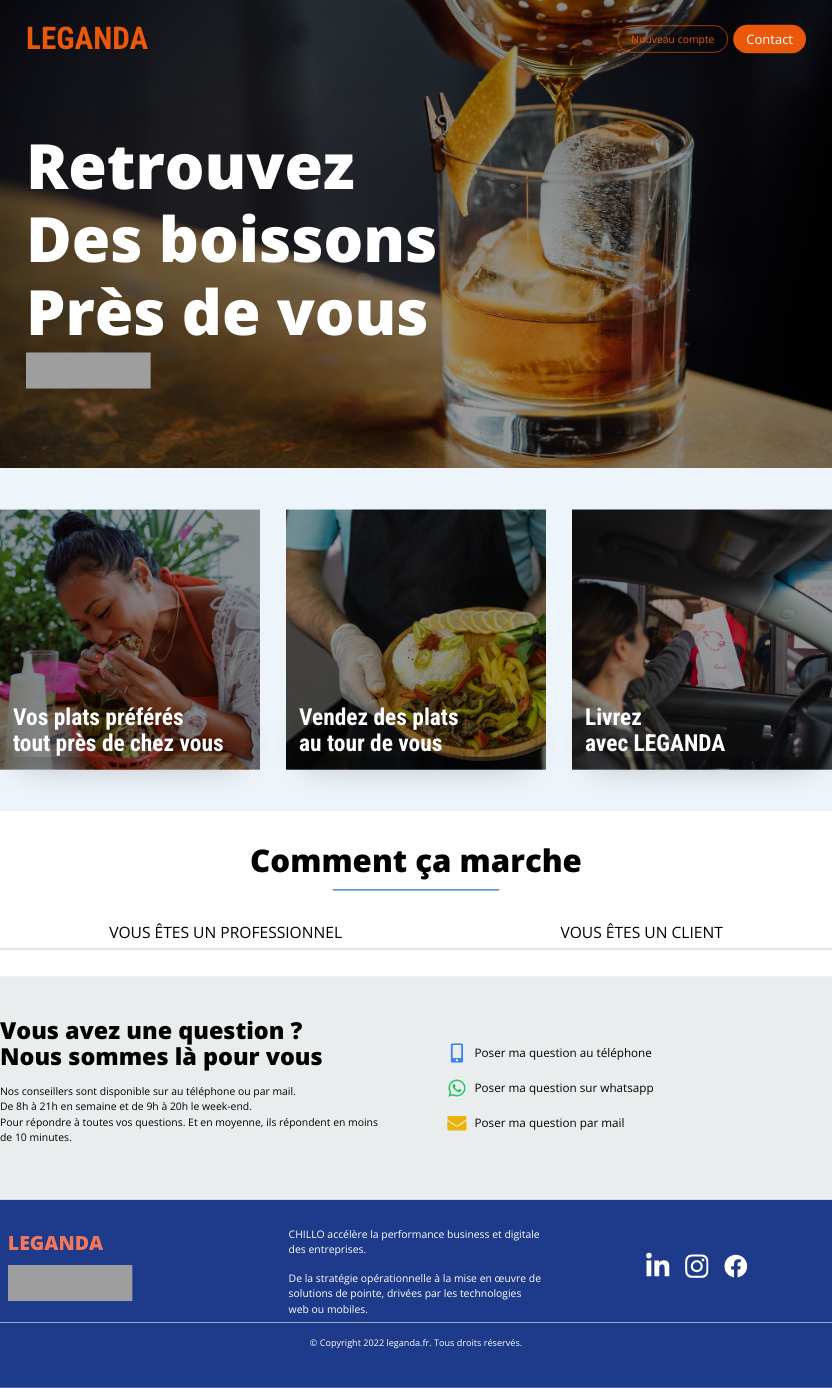
Repository: chillo-tech/website-leganda
Page: /
These files come from the project's save history. The page is drawn as it stood at one moment and after the next save; the edit follows.
The browser window is 1280 px wide. The pictures show the whole page, at 65% of full size.
Pictures or frames that could not be fetched are drawn as grey boxes. The project was rebuilt for these pictures with package versions that can differ from the ones it lists, and the page was loaded fresh each time. Some packages were replaced by stand-ins written for this rebuild. The framework's server and built-in components were replaced by stand-ins that run in the browser. Also part of the build but not shown: next.config.js, components/header/items/SearchBar.tsx.

Above is the page before, as saved 2023-02-09 14:09:00.

### pages/_document.tsx
import { Html, Head, Main, NextScript } from 'next/document'
import Footer from '../components/footer/Footer';

export default function Document() {
	return (
		<Html className="scroll-smooth">
			<Head>
        <link rel="preconnect" href="https://fonts.googleapis.com"/>
        <link rel="preconnect" href="https://fonts.gstatic.com"/>
        <link href="https://fonts.googleapis.com/css2?family=Open+Sans:ital,wght@0,300;0,800;1,800&family=Roboto&family=Roboto+Condensed:wght@700&display=swap" rel="stylesheet"/>
        <link rel="icon" href="/favicon.ico" />
			</Head>
			<body className='flex flex-col h-screen justify-between'>
				<Main />
				<NextScript />
				<Footer />
        <script defer type="text/javascript" src="https://maps.googleapis.com/maps/api/js?key=AIzaSyBoBBvzxlRlkbfYzZcHp8ALOwBk3YjfB-I&libraries=places" />
			</body>
		</Html>
	)
}

### styles/globals.css
@tailwind base;
@tailwind components;
@tailwind utilities;
body {
  font-family: 'Open Sans', 'Roboto', sans-serif;
}
.title {
  font-family: 'Roboto Condensed', sans-serif;
}
@layer base {
  [type="text"],
  [type="email"],
  [type="url"],
  [type="password"],
  [type="number"],
  [type="date"],
  [type="datetime-local"],
  [type="month"],
  [type="search"],
  [type="tel"],
  [type="time"],
  [type="week"],
  [multiple],
  textarea,
  select {
    @apply w-full border-gray-300 rounded-lg shadow-sm focus:border-blue-500 focus:ring-blue-500;
  }
  [type="checkbox"],
  [type="radio"] {
    @apply border-gray-300 rounded text-blue-600 focus:ring-blue-500;
  }
}

.bg-site-blue {
    background-color: #86aec0;
    color: #000000;
}

.bg-site-orange {
    background-color: #f6ac9f;
}

.color-site-blue {
   color: #86aec0;
}

.color-site-orange {
    color: #f2785c;
}

.home-page-article {
  min-height: 400px;
}

### context/search-context-provider.tsx
import { SearchParams } from '../types';
import { Context,createContext, useMemo, useReducer, useCallback } from 'react'
import SearchReducer from './SearchReducer';
import { Param } from '../types/Param';
import { INITIAL_STATE, UPDATE_SEARCH_CRITERIA } from '../utils';
import { SearchContextData } from '../types/SerchContextData';
type Props = {
  children: JSX.Element,
};
export const SearchContext = createContext<SearchContextData>({state: INITIAL_STATE});
function SearchContextProvider({children}: Props) {
  const [state, dispatch] = useReducer(SearchReducer, INITIAL_STATE);

  const update = useCallback(
    (data: Param) =>
      dispatch({
        type: UPDATE_SEARCH_CRITERIA,
        data
      }),
    [],
  );
  const value = useMemo(
    () => ({state, update }),
    [state,update],
  );
  return (
    <SearchContext.Provider value={value}>
      {children}
    </SearchContext.Provider>
  )
}

export default SearchContextProvider;

### components/footer/Footer.tsx

import React from 'react';
import { FaFacebook, FaInstagram, FaLinkedinIn } from 'react-icons/fa';
import Link from 'next/link'
import { cn, STORES } from '../../utils';
import Image from 'next/image';
function Footer() {
	return (
			<footer className="bg bg-blue-900 text-white pb-10 pt-10 font-extralight flex flex-col" id="a-propos-de-nous">
				<div className="container mx-auto px-3">
					<div className="grid grid-cols-1 gap-10 md:grid-cols-3 md:p-0 items-center">
						<div className="presentation">
              <Link href='/' className='mb-5 color-site-orange uppercase font-extrabold text-3xl'>LEGANDA
              </Link>
              <p className="flex py-4 items-center justify-center md:justify-start">
                {STORES.filter((item: any) => item.active).map((item: any, index: number) => (
                    <Link
                        href="#"
                        target="_blank"
                        key={`liens-${index}`}
                        className="block items-center py-2 w-48 h-14 relative">
                      <Image
                          fill={true}
                          src={`/images/${item.image}`}
                          alt={item?.label}
                      />
                    </Link>
                ))}
              </p>
						</div>
						<div className="presentation">
							<p className='mb-5'>CHILLO accélère la performance business et digitale des entreprises. </p>
							<p>De la stratégie opérationnelle
								à la mise en œuvre de solutions de pointe, drivées par les technologies web ou mobiles.</p>
						</div>
						<div className="presentation flex flex-col items-center justify-center">
							<div className='px-10 flex items-center justify-between text-center'>
								<FaLinkedinIn color='text-slate-300' className='px-3 text-6xl'/>
								<FaInstagram className='px-3 text-6xl'/>
								<FaFacebook className='px-3 text-6xl'/>
							</div>
							<div className='py-2'>

							</div>
						</div>
					</div>
				</div>
				<div className="copyright border-top-1 mt-2 font-light">
					<div className="container py-5 text-sm mx-auto text-center border-solid border-t border-slate-200">
						&copy; Copyright {(new Date()).getFullYear()} leganda.fr. Tous droits réservés.
					</div>
				</div>
			</footer>

	);
}

export default Footer;

### components/questions/Questions.tsx
import Link from 'next/link'
import React from 'react'
import { FaEnvelope, FaMobileAlt, FaWhatsapp } from 'react-icons/fa'

function Questions() {
  return (
    <section className='py-16 bg-app-light-green'>
        <div className="container grid md:grid-cols-2 md:gap-24 items-center px-3 md:px-0">
          <article>
            <h2 className='md:text-4xl text-3xl font-semibold text-black'>
              <p className='p-0 m-0'>Vous avez une question ?</p>
              <p className='p-0 m-0'>Nous sommes là pour vous</p>
            </h2>
            <div className='py-5'>
              <p className='p-0 m-0'>Nos conseillers sont disponible sur au téléphone ou par mail.</p>
              <p className='p-0 m-0'>De 8h à 21h en semaine et de 9h à 20h le week-end.</p>
              <p className='p-0 m-0'>Pour répondre à toutes vos questions. Et en moyenne, ils répondent en moins de 10 minutes.</p>
            </div>
          </article>
          <article>
              <Link href="tel:0033761705745" className='py-3 text-lg flex'>
                  <FaMobileAlt className='text-3xl text-blue-500 mr-3' /> Poser ma question au téléphone
              </Link>
              <Link href="whatsapp:0033761705745" className='py-3 text-lg flex'>
                  <FaWhatsapp className='text-3xl text-green-500 mr-3' /> Poser ma question sur whatsapp
              </Link>
              <Link href="mailto:armelle.leganda@gmail.com" className='py-3 text-lg flex'>
                  <FaEnvelope className='text-3xl text-yellow-500 mr-3' /> Poser ma question par mail
              </Link>
          </article>
        </div>
    </section>
  )
}

export default Questions

### components/header/Header.tsx
import { faPhone, faUser } from '@fortawesome/free-solid-svg-icons'
import { FontAwesomeIcon } from '@fortawesome/react-fontawesome'
import Link from 'next/link'
import React from 'react'
import SearchBar from './items/SearchBar'

function Header({withSearchBar = true}: {withSearchBar?: boolean}) {
  return (
    <header className="container py-4">
       <nav className='flex justify-between items-center'>
        <Link href="/" className='text-orange-600 uppercase title text-5xl'>LEGANDA
        </Link>
        {withSearchBar ? <SearchBar /> : null }
        <ul className='md:flex justify-between items-center hidden'>
          <li>
            <Link href="/" className='border border-orange-600 rounded-3xl px-5 py-2 text-orange-600 flex justify-between items-center'>
                <FontAwesomeIcon icon={faUser} className="hidden border-none text-xs mr-2" size='xs' />
                Nouveau compte
            </Link>
          </li>
          <li  className='ml-2'>
          <Link href="/" className='bg-orange-600 rounded-3xl text-xl px-5 font-medium py-2 flex text-white'>
              <FontAwesomeIcon icon={faPhone} className="hidden border-none mr-2"/>
              Contact
          </Link>
          </li>
        </ul>
      </nav>
    </header>
  )
}

export default Header

### utils/index.ts
export * from './clear-string';
export * from './DateFormat';
export * from './isValidPhoneNumber';
export * from './isValidEmail';
export * from './Endpoints';
export * from './Data';
export * from './request-options';

### components/tabs/index.tsx
import classNames from 'classnames';
import React, { useState } from 'react'
import SectionTitle from '../shared/SectionTitle';

function Tabs({items}: any) {
  const [activeTab, setActiveTab] = useState("tab-0");
  const handleClick = () => {

  }
  return (
    <section className='container px-3 md:px-0 py-10'>
      <SectionTitle text='Comment ça marche' />
      <ul className='flex justtify-center items-center'>
        {items.map((item: any, index: number) => (
          <li key={`tab-${index}`} className={classNames('grow border-b-4',{ 'bg-white border-app-white': activeTab === `tab-${index}` })}>
            <button id={`tab-${index}`} type='button' className='uppercase w-full py-2 text-2xl' onClick={handleClick}>{item.label}</button>
          </li>
        ))}
      </ul>
    </section>
  )
}

export default Tabs

### utils/how-it-works.ts
const HOW_IT_WORKS: any = [
  {
    "label": "Vous êtes un professionnel"
  },
  {
    "label": "Vous êtes un client"
  }
]

export {HOW_IT_WORKS}

### context/SearchReducer.ts
import { UPDATE_SEARCH_CRITERIA } from './../utils/Data';
import { Action } from './../types/Action';
import { SearchParams } from "../types";

function SearchReducer (state: SearchParams, action: Action){
  switch(action.type){
    case UPDATE_SEARCH_CRITERIA: {
        return {
          ...state,
          [action.data.key]: action.data.value
        }
    }
  }
  return state;
}

export default SearchReducer;

### utils/clear-string.ts
export const cleanString = (entry: string) => {
	return entry ? entry.replace(/^[\s\uFEFF\xA0]+|[\s\uFEFF\xA0]+$/g, '') : '';
}

### utils/DateFormat.ts
export const getFormattedDate = (entry: Date) => {
	const year = entry.getFullYear();
	const month = `0${entry.getMonth() + 1}`.slice(-2);
	const day = `0${entry.getDate()}`.slice(-2);
	return `${day}/${month}/${year}`;
};

export const getFormattedTime = (entry: Date) => {
	const hours = `0${entry.getHours()}`.slice(-2);
	const minutes = `0${entry.getMinutes()}`.slice(-2);
	return `${hours}:${minutes}`;
};

const getWeekNumber = (entry: Date) => {
	// Copy date so don't modify original
	const date = new Date(Date.UTC(entry.getFullYear(), entry.getMonth(), entry.getDate()));
	// Set to nearest Thursday: current date + 4 - current day number
	// Make Sunday's day number 7
	date.setUTCDate(date.getUTCDate() + 4 - (date.getUTCDay() || 7));
	// Get first day of year
	const yearStart = new Date(Date.UTC(date.getUTCFullYear(), 0, 1));
	// Calculate full weeks to nearest Thursday
	return Math.ceil((((Number(date) - Number(yearStart)) / 86400000) + 1) / 7);
	// Return array of year and week number

}

export const getDayAndMonthLabel = (entry: Date) => {
	const days = ['Dimanche', 'Lundi', 'Mardi', 'Mercredi', 'Jeudi', 'Vendredi', 'Samedi'];
	const months = ["Jan.", "Fev.", "Mars", "Avr.", "MaI", "Juin",
		"Jul.", "Août", "Sep.", "Oct.", "Nov.", "Dec."
	];
	return [days[entry.getDay()], months[entry.getMonth()]];
}

export const getDisplayedDate = (entry: string = "") => {
	if (!entry.trim().length) {
		return entry;
	}
	const adWeekNo = getWeekNumber(new Date(entry));
	const todayWeekNo = getWeekNumber(new Date());
	if ((adWeekNo - todayWeekNo) > 1) {
		const [dayOfDate, month, year] = getFormattedDate(new Date(entry)).split('/');
		const [dayOfWeekLabel, monthLabel] = getDayAndMonthLabel(new Date(entry));
		return `${dayOfWeekLabel}, ${dayOfDate} ${monthLabel}`;
	} else {
		const [dayOfWeekLabel] = getDayAndMonthLabel(new Date(entry));
		return dayOfWeekLabel;
	}
};

### utils/isValidPhoneNumber.ts
export const isValidPhoneNumber = (value: string) => {
	const PHONE_REGEXP = /^0[6|7]\d{8}$/
	return PHONE_REGEXP.test(value);
}

### utils/isValidEmail.ts
export const isValidEmail = (value: string) => {
	const EMAIL_REGEXP = /^\S+@\S+\.\S+$/;
	return value.trim().length ? EMAIL_REGEXP.test(value) : true;
}

### utils/Endpoints.ts
export const LOCAL_DNS = 'http://192.168.111.244:9090';//verifier ipconfig avant d'exécuter
export const PROD_DNS = "https://api.leganda.chillo.fr";
export const IMAGES_URL = `${PROD_DNS}/assets`;
export const BACKOFFICE_URL = `${PROD_DNS}/api/v1`;
export const ADS_ENDPOINT = "ad";
export const FAVORITE_ENDPOINT = "favorite";
export const ACCOUNT_ENDPOINT = "account";
export const ADDRESS_ENDPOINT = "address";
export const CATEGORY_ENDPOINT = "category";
export const GOOGLE_PACES_API_BASE_URL = 'https://maps.googleapis.com/maps/api/place';
export const GOOGLE_PACES_API_KEY = 'AIzaSyBoBBvzxlRlkbfYzZcHp8ALOwBk3YjfB-I';
export const MAP_ZOOM = 10;
export const GOOGLE_PACES_CENTER_COORDINATES = {lat: 48.117266,lng: -1.677793};

### utils/Data.ts
import {EMAIL, PHONE} from "./providers";
export const CATEGORY_BGCOLORS = [ "#BCA1F2", "#BCDDE4", "#CFEACB", "#F4E169"];
export const PLUS_FAVORITES_UPDATED = "Super cette annonce a été ajoutée à vos favoris";
export const REMOVE_FAVORITES_UPDATED = "Cette annonce a été retirée de vos favoris";
export const AUTHENTICATED_USER = "authenticatedUser";
export const MAPBOX_ACCESSTOKEN = "pk.eyJ1IjoiYWNoaWxsZW1ib3VndWVuZyIsImEiOiJja3Zvd3EzcmswaThkMnZrZ25iYmtveDBhIn0.pDR7pKL18d3iz5NoaRmWYg";
export const RESET_AD = "RESET_AD";
export const DELETE_KEY = "DELETE_KEY";
export const SET_NUMBER_OF_CHILDREN = "SET_NUMBER_OF_CHILDREN";
export const SET_ADS = "SET_ADS";
export const SET_CATS = "SET_CATS";
export const SET_CAT = "SET_CAT";
export const SET_AD = "SET_AD";
export const SET_SELECTED_ITEM_ID = "SET_SELECTED_ITEM_ID";
export const SET_STEP_INDEX = "SET_STEP_INDEX";
export const UPDATE_AD = "UPDATE_AD";
export const UPDATE_SEARCH_CRITERIA = "UPDATE_SEARCH_CRITERIA";
export const UPDATE_USER_INFOS = "UPDATE_USER_INFOS";
export const USER_TOKEN = "USER_TOKEN";
export const SIGN_IN = 'SIGN_IN';
export const SIGN_OUT = 'SIGN_OUT';
export const SIGN_UP = 'SIGN_UP';
export const RECOMMEND_TEXT = "Bonjour, j'ai découvert cette application qui a de belles annonces. Je te la recommande";
export const RESTORE_TOKEN = "RESTORE_TOKEN";
export const AD_PLACEHOLDER = ["Taro du dimanche", "20kg à destination de Yaoundé", "Carton de Guinness", "Stage de developpeur"];
export const STORES = [
	{
		image: 'google-app-store-badge.svg',
		active: true,
		path: '#',
		label: 'LEGANDA sur PLAY STORE'
	},
	{
		image: 'apple-app-store-badge.svg',
		active: false,
		path: '#',
		label: 'LEGANDA sur APPLE STORE'
	}
]
export const HEADERS_ITEMS = [
	{
		image: '/images/food.jpeg',
		active: true,
		label: 'Des mets'
	},
	{
		image: '/images/drinks.jpeg',
		active: false,
		label: 'Des boissons'
	},
	{
		image: '/images/spices.jpeg',
		active: false,
		label: 'Des épices'
	},
	{
		image: '/images/service.jpeg',
		active: false,
		label: 'Des services'
	}
]
export const INITIAL_STATE = {
		address: {city: ''}
}

export const HELP_LINK = {
	whatsapp: `whatsapp://send?text=&phone=${PHONE}`,
	sms: `sms:${PHONE}`,
	mail: `mailto:${EMAIL}`,
	phone: `tel:${PHONE}`
}

export const SHARE_LINK = {
	whatsapp: `whatsapp://send?text=`,
	sms: `sms:body=`,
	mail: `mailto:${EMAIL}`,
	phone: `tel:${PHONE}`
}

export const MORESCREEN_DATA = [
	{
		id: 'recommendations',
		title: "Recommandations",
		items: [
			{
				id: '587',
				icon: 'thumbs-up',
				name: 'sms',
				action: 'recommend',
				title: 'Recommandez notre application',
			},
			{
				id: '588',
				icon: 'facebook',
				name: 'facebook',
				action: 'recommend',
				title: 'Aimez notre page facebook',
			},
			{
				id: '589',
				icon: 'thumbs-up',
				name: 'like',
				action: 'recommend',
				title: 'Notez nous sur le store',
			}
		]
	},
	{
		id: 'assistance',
		title: "assistance",
		items: [
			{
				id: '386',
				icon: 'whatsapp',
				name: 'whatsapp',
				action: 'help',
				title: 'Posez votre question via whatsapp',
			},
			{
				id: '387',
				icon: 'sms',
				name: 'sms',
				action: 'help',
				title: 'Posez votre question  par sms',
			},
			{
				id: '389',
				name: 'mail',
				action: 'help',
				icon: 'envelope',
				title: 'Envoyez nous un mail',
			},
			{
				id: '388',
				icon: 'phone-alt',
				name: 'phone',
				action: 'help',
				title: 'Appelez nous',
			}
		]
	}
]

export const loaderProp =({ src }: {src: string}) => {
  console.log('====================================');
  console.log(src);
  console.log('====================================');
  return src;
}
export const cn = (...classes: string[]) =>{
  return classes.filter(Boolean).join(' ')
}

### utils/request-options.ts
export const getHeaders = () => ({
	'X-Requested-With': 'XMLHttpRequest',
	'Content-Type': 'application/x-www-form-urlencode',
	Accept: "application/json"
});

### components/shared/SectionTitle.tsx
import React from 'react'

function SectionTitle( {text, underline = true}: {underline?: boolean, text: string}) {
  return (
    <h2 className="flex flex-col items-center justify-center md:mb-10">
      <span className='px-10 py-3 text-center font-bold text-3xl md:text-5xl'>
        {text}
      </span>
      { underline ? (<span className='border-b-2 border-app-blue px-10 w-64 mt-2'/>) : null }
    </h2>
  )
}

export default SectionTitle

### utils/providers.ts


export const PHONE = "+33761705745";
export const EMAIL = "achille.mbougueng@yahoo.fr";

export const OPENCAGE_GEOCODE_API = "https://api.opencagedata.com/geocode/v1/json";
export const OPENCAGE_API_KEY = "2dd86530d37b4cf3a321d24e6c624a40";

export const MAPBOX_API_KEY = "pk.eyJ1IjoiYWNoaWxsZW1ib3VndWVuZyIsImEiOiJja3Zvd3EzcmswaThkMnZrZ25iYmtveDBhIn0.pDR7pKL18d3iz5NoaRmWYg";
export const MAPBOX_PLACES = "https://api.mapbox.com/geocoding/v5/mapbox.places";

Loaded but not shown: pages/_app.tsx (common file); tailwind.config.js (38 lines, source omitted); pages/index.tsx (146 lines, source omitted)

After the next save:
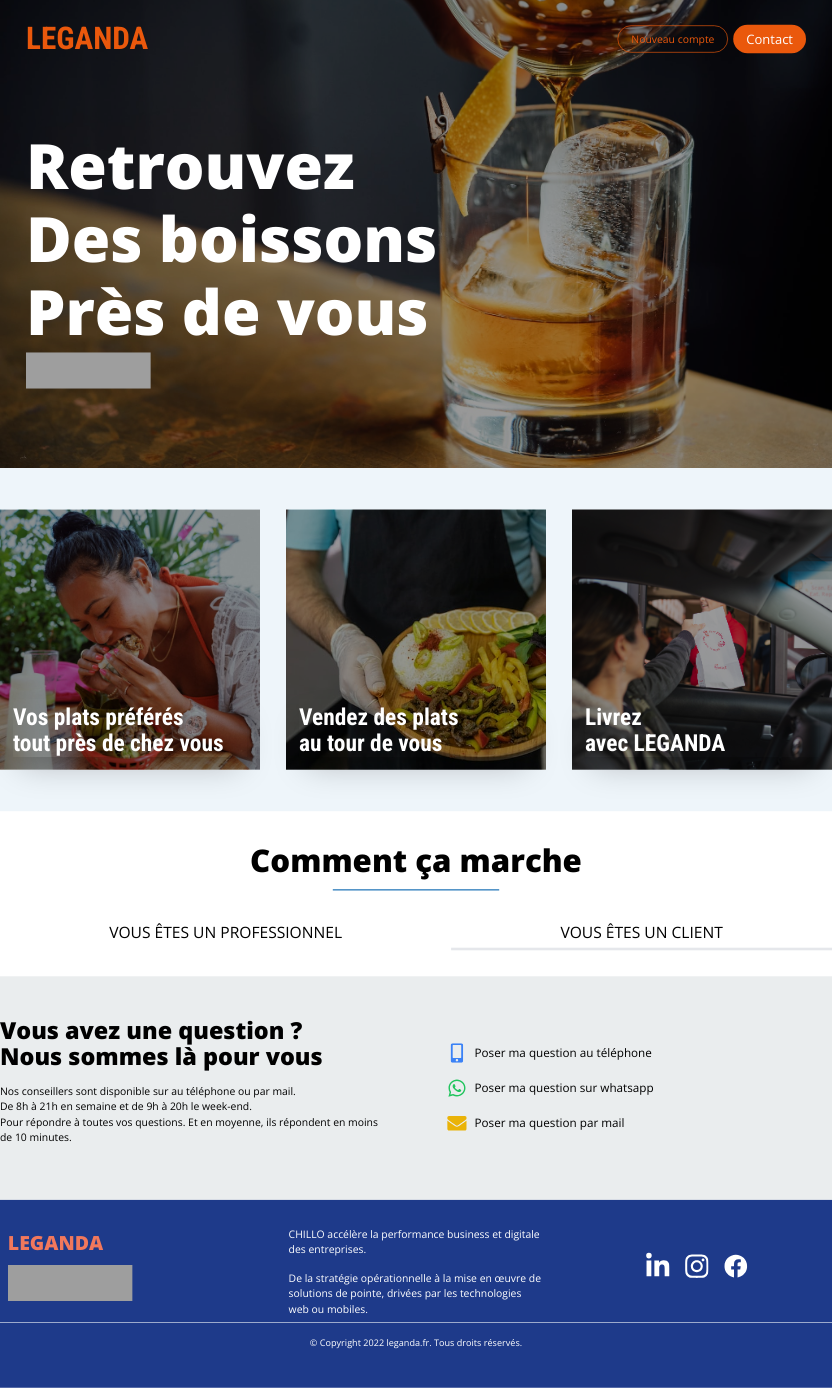
Saved 7 s later.
--- a/components/tabs/index.tsx
+++ b/components/tabs/index.tsx
@@ -12,7 +12,7 @@
       <SectionTitle text='Comment ça marche' />
       <ul className='flex justtify-center items-center'>
         {items.map((item: any, index: number) => (
-          <li key={`tab-${index}`} className={classNames('grow border-b-4',{ 'bg-white border-app-white': activeTab === `tab-${index}` })}>
+          <li key={`tab-${index}`} className={classNames('grow border-b-4',{ 'bg-white border-white': activeTab === `tab-${index}` })}>
             <button id={`tab-${index}`} type='button' className='uppercase w-full py-2 text-2xl' onClick={handleClick}>{item.label}</button>
           </li>
         ))}
